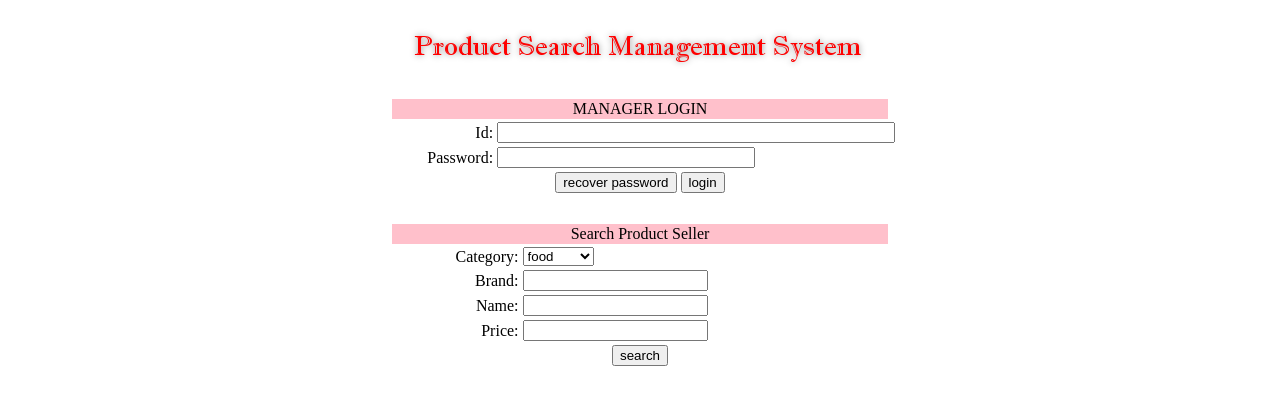
Repository: DishantVaghela/ProductSearchManagementSystem
Page: http://localhost/ProductSearchManagementSystem/
The author's editor kept a copy of each file at every save. The page is drawn from the files as they stood at one save, then again after the next save.
The browser window is 1280 px wide. The pictures show the whole page.
The page is served by Tomcat 9.

Above is the page before, as saved 2017-04-28 22:39:59.

After the next save:
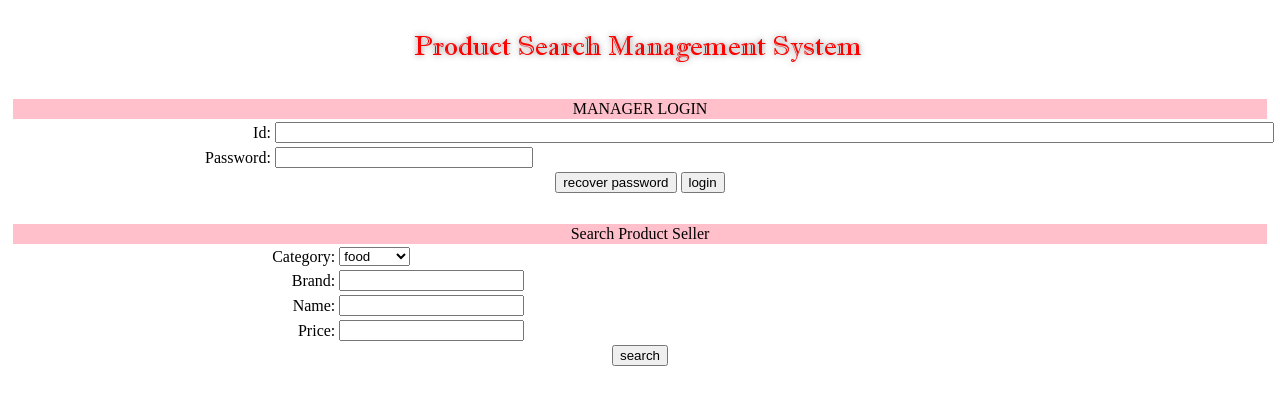
Saved 65 s later.
--- a/ProductSearchManagementSystem/WebContent/productSearchManagementSystem.css
+++ b/ProductSearchManagementSystem/WebContent/productSearchManagementSystem.css
@@ -5,3 +5,7 @@ input[type=text] {
 	color: rgb(174,87,65);
 	outline:0;
 }
+
+table {
+	width: 100%;
+}
